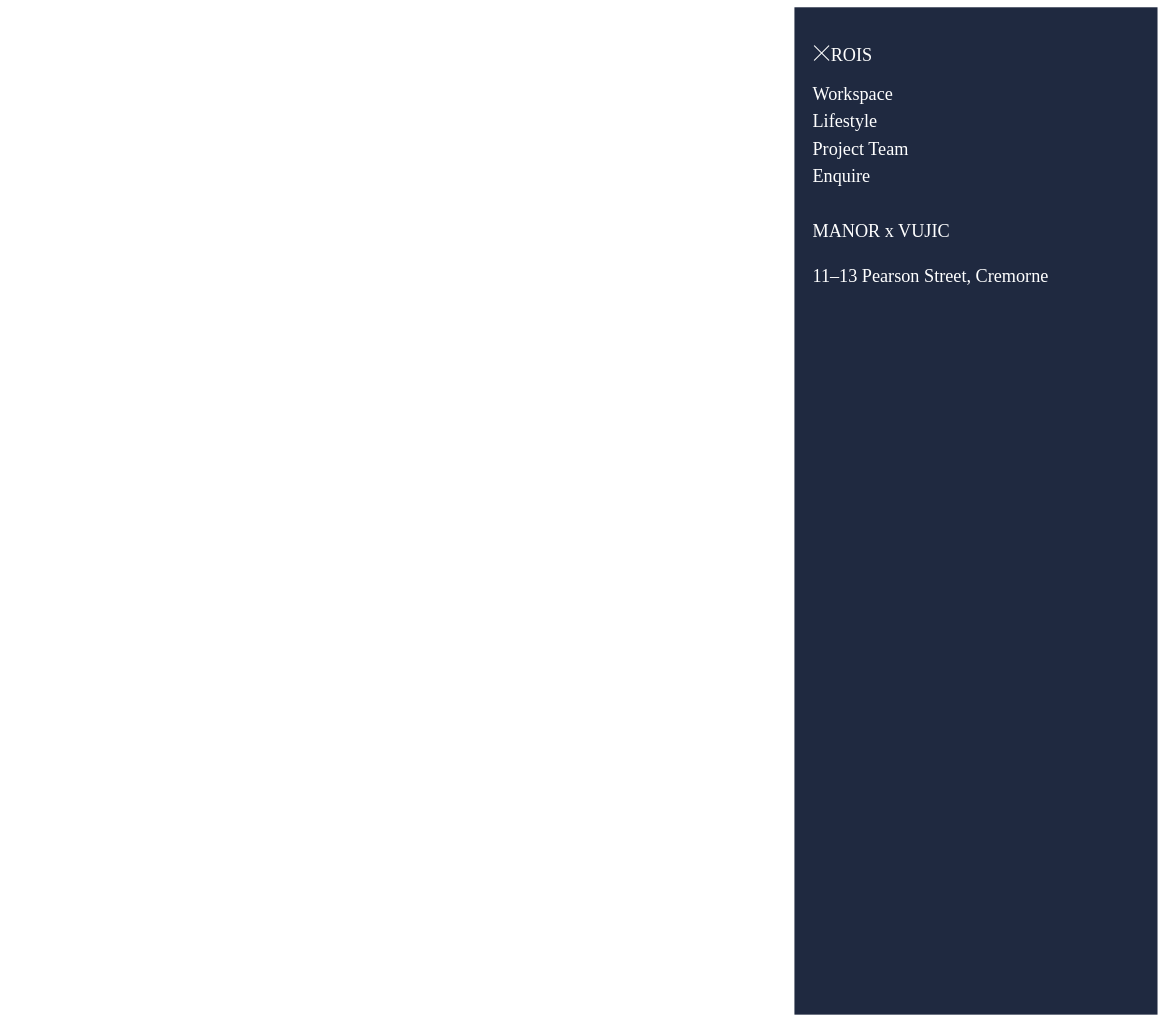
Repository: ThanhMai6507/Rois-Landing-Page
Page: index.html
These files come from the project's save history. The page is drawn as it stood at one moment and after a run of saves; the edit follows.
The browser window is 1280 px wide. The pictures show the whole page, at 91% of full size.

Above is the page before, as saved 2022-10-31 11:06:20.

### index.html
<!DOCTYPE html>
<html lang="en">
<head>
    <meta charset="UTF-8">
    <meta http-equiv="X-UA-Compatible" content="IE=edge">
    <meta name="viewport" content="width=device-width, initial-scale=1.0">
    <link rel="stylesheet" href="./style.css">
    <link rel="stylesheet" href="css/themify-icons.css">
    <title>Document</title>
</head>
<body>
    <div class="main">
        <div class="first_page">
            <div class="menu">
                <p class="title ti-close">ROIS</p>
                <div class="menu-list">
                    <a href="" class="menu-item">Workspace</a><br>
                    <a href="" class="menu-item">Lifestyle</a><br>
                    <a href="" class="menu-item">Project Team</a><br>
                    <a href="" class="menu-item">Enquire</a><br>
                </div>
                <footer class="menu-footer">
                    <p>MANOR x VUJIC</p>
                    <a href="">11–13 Pearson Street, Cremorne</a>
                </footer>
            </div>
        </div>
    </div>
</body>
</html>

### style.css
.first_page {
    width: 100%;
    height: 1087px;
    background-color: #fff;
    position: relative;
    display: flex;
    justify-content: end;
    font-family: 'Times New Roman', Times, serif;
    font-size: 20px;
}

.menu {
    position: absolute;
    width: 30%;
    height: 1087px;
    background-color: #1F2940;
    color: #FEFEFE;
    padding-left: 20px;
    padding-top: 20px;
    line-height: 1.5;
}

a {
    text-decoration: none;
    color: #fff;
    margin-bottom: 5px;
}

footer {
    margin-top: 30px;
}

Loaded but not shown: asset/themify-icons/themify-icons.css (common file)

After the next 2 saves:
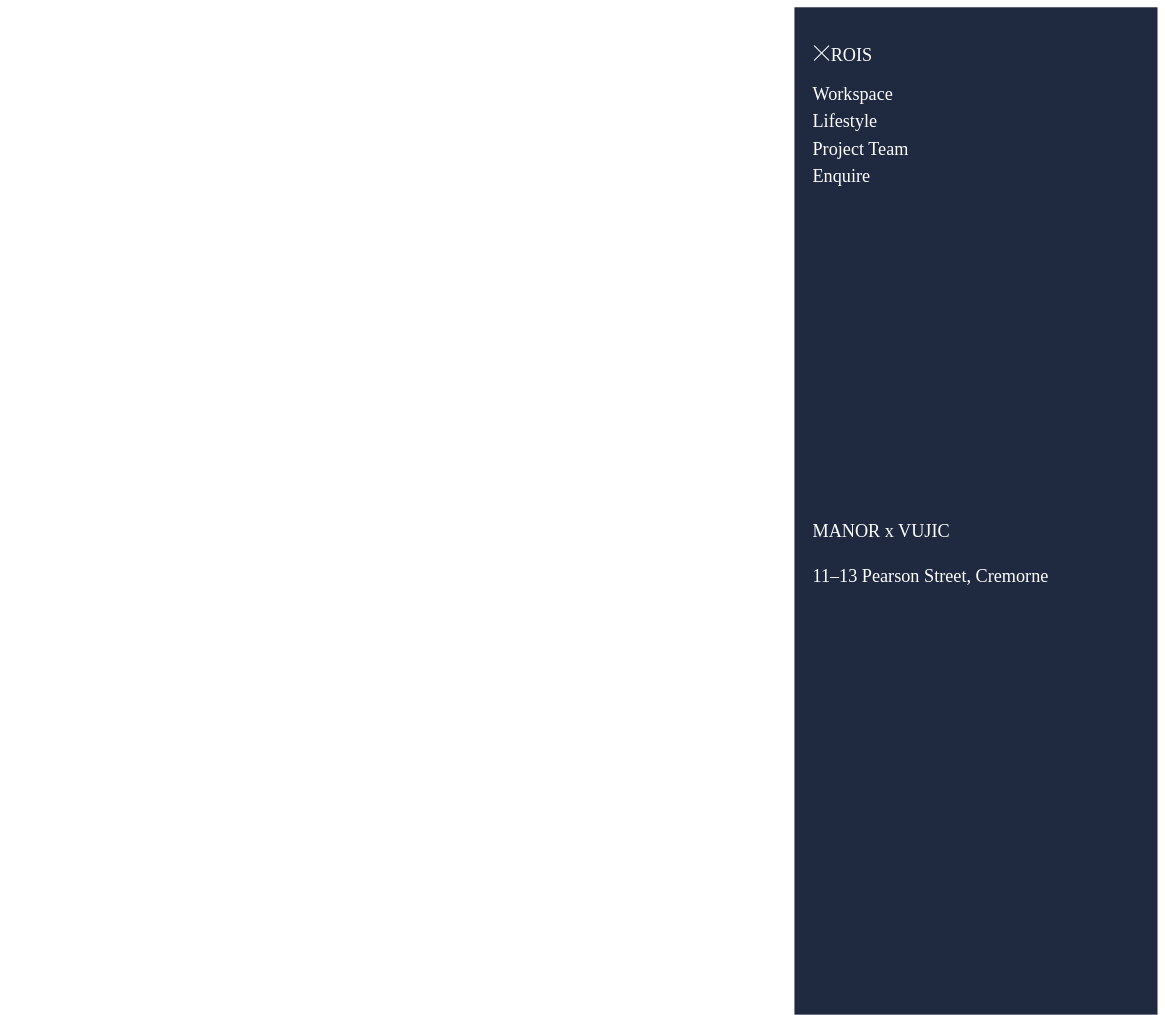
The 2 saves are shown as one change because they came seconds apart.
The last was saved 5 s later.
--- a/style.css
+++ b/style.css
@@ -27,5 +27,5 @@
 }
 
 footer {
-    margin-top: 30px;
+    margin-top: 95%;
 }
